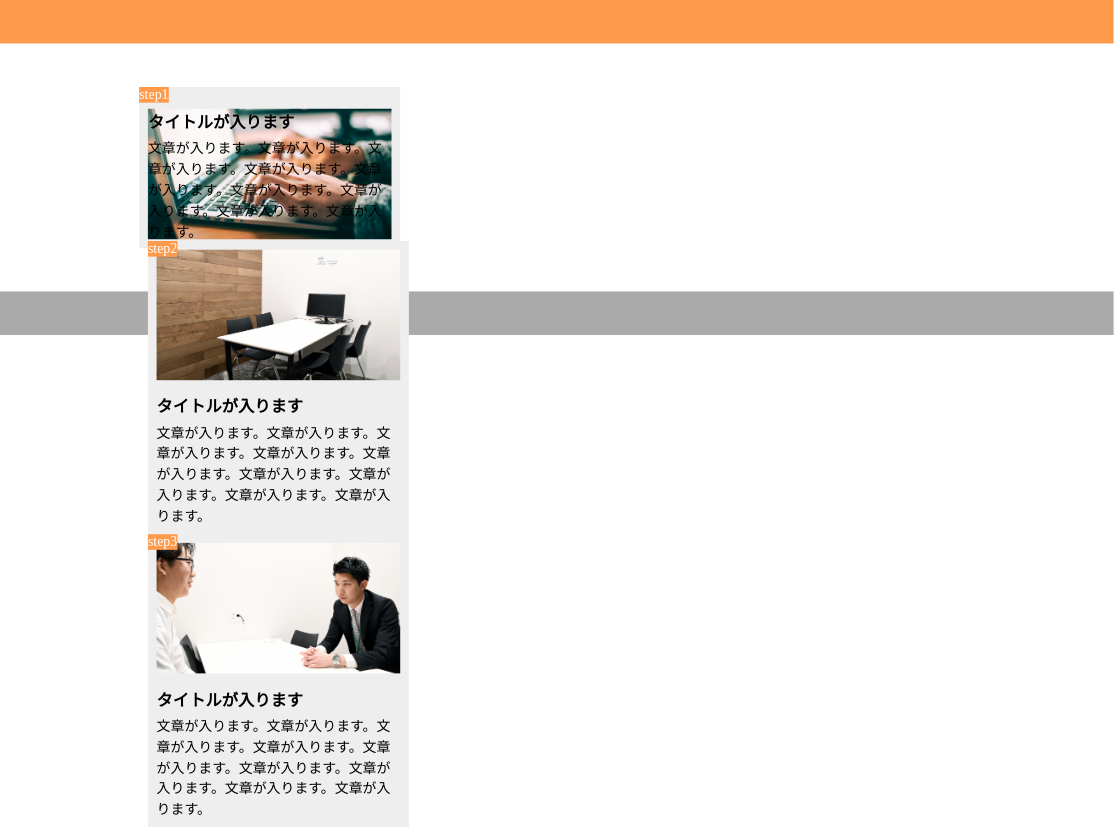
Repository: uchinokana/git-practiced
Page: 課題提出/sample.html
The author's editor kept a record of every edit. The page is drawn from the files as they stood at one moment, then again after the next edit.
The browser window is 1280 px wide. The pictures show the whole page, at 87% of full size.

Above is the page before.

After the next edit:
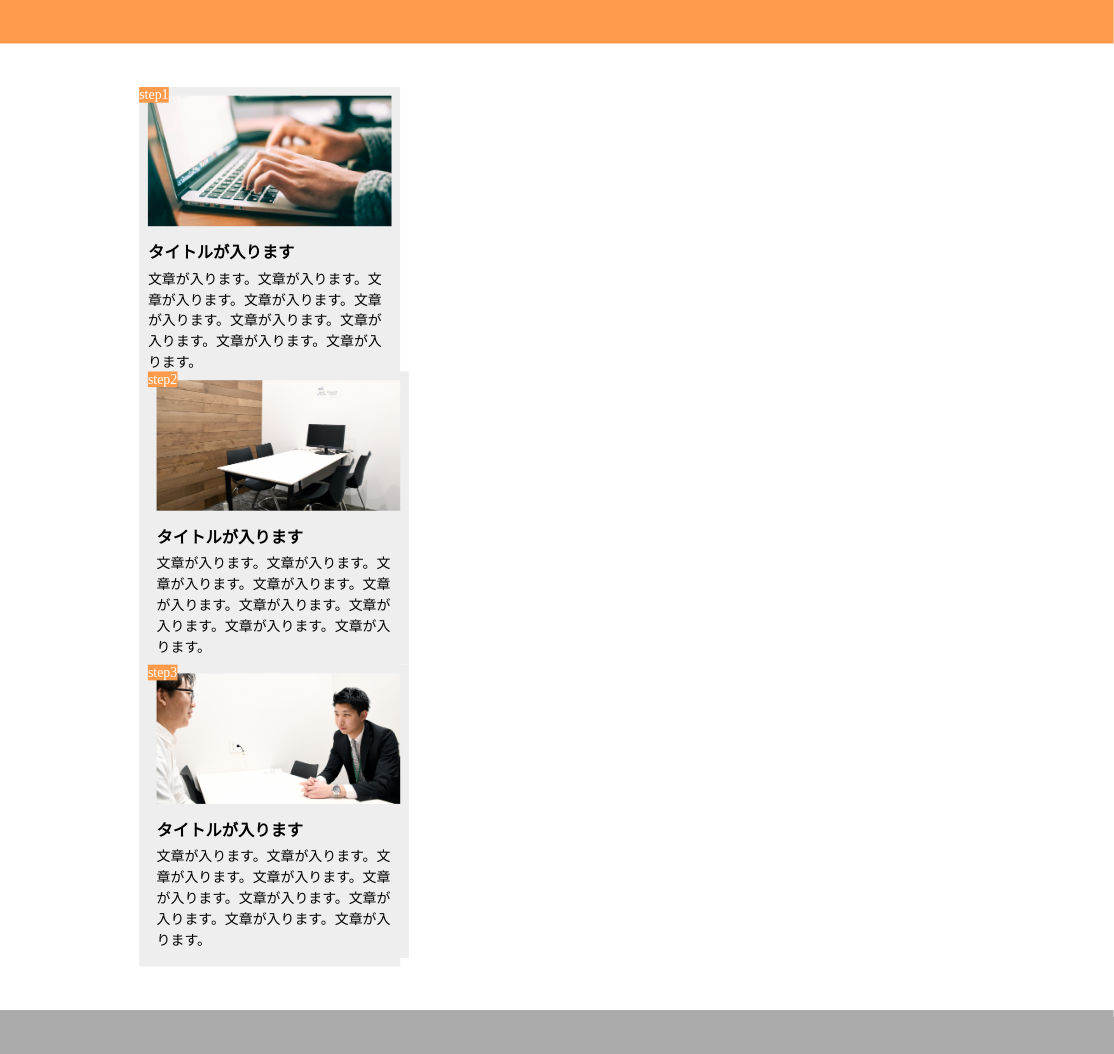
The edit:
--- a/課題提出/sample.html
+++ b/課題提出/sample.html
@@ -10,7 +10,7 @@
     </header>
     <main>
       <div class="step-box">
-        <div class="step-img1">
+        <div class="step-img1"></div>
         <span class="step-num">step1</span>
         <h3 class="title">タイトルが入ります</h3>
         <p>
